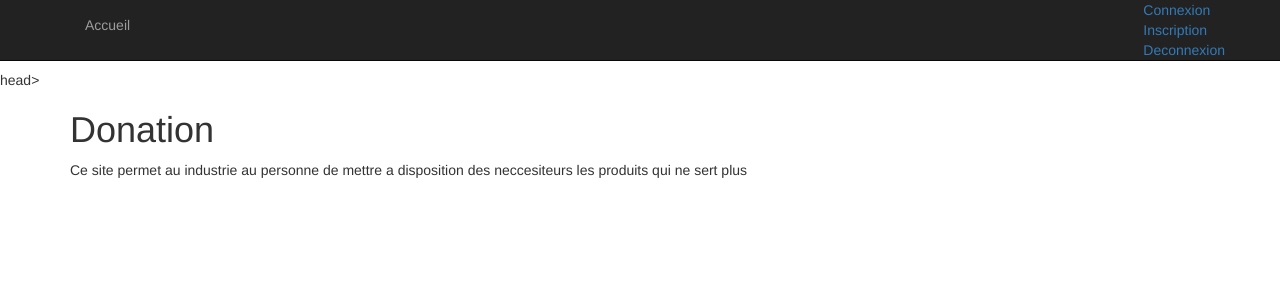
Repository: KAMGO/ProjetJEE2017
Page: http://localhost/donation/VUE/Accueil.jsp
These files come from the project's save history. The page is drawn as it stood at one moment and after the next save; the edit follows.
The browser window is 1280 px wide. The pictures show the whole page.
Some web fonts or font styles are not loaded; a fallback is used. The page is served by Tomcat 9. Other server files are loaded and not shown. The template is opened directly, without the code that normally fills it, so the values that code supplies are empty.

Above is the page before, as saved 2018-08-11 08:03:50.

### donation/WebContent/VUE/Accueil.jsp
<%@ page language="java" contentType="text/html; charset=ISO-8859-1"
    pageEncoding="ISO-8859-1"%>
<!DOCTYPE html PUBLIC "-//W3C//DTD HTML 4.01 Transitional//EN" "http://www.w3.org/TR/html4/loose.dtd">
<html>
head>
<meta http-equiv="X-UA-Compatible" content="IE=edge">
<meta name="viewport" content="width=device-width, initial-scale=1">
<link rel="stylesheet" href="${pageContext.request.contextPath}/css/bootstrap.css" type="text/css">
<title>Accueil</title>
</head>
<body>
<%@ include file="menu.jsp" %>
<div class="container">
	<h1>Donation</h1>
	<p>Ce site permet au industrie au personne de mettre a disposition des neccesiteurs les produits qui ne sert plus  </p>
</div>
<%@ include file="Footer.jsp" %>
</body>
</html>

### donation/WebContent/VUE/menu.jsp
<div class="navbar navbar-inverse navbar-fixed-top">
    <div class="container">
        <div class="navbar-collapse collapse">
            <ul class="nav navbar-nav">
            	<li><a href="/donation/Accueil">Accueil</a></li>
            	<c:if test="${!empty sessionScope.utilisateur}">
            		<!-- grâce à cet import, je récupère les listes pour afficher la navbar -->
				<c:import url="/affichercategories" />
				<c:set var="context" value="${pageContext.request.contextPath}" />
				<ul class="nav navbar-nav">
				<li><a href="${context}/VUE/index.jsp" class="fa fa-home fa-2x"></a></li>
				<c:forEach items="${listCategorie}" var="categorie">
					<li><a
						href="${context}/displaysubcategories?nomCategorie=${categorie.getTitre()}">${categorie.getTitre()}</a></li>
				</c:forEach>
				</ul>
                </c:if>
            </ul>
			<!-- si l'utilisateur est deja connecte cette partie est cachee-->
            <ul class="nav navbar-nav navbar-right">
            	<c:if test="${empty sessionScope.utilisateur}">
            	<li><a href="/donation/Connexion"><span class="glyphicon glyphicon-log-in"></span>Connexion</a></li>
               	<li><a href="/donation/Inscription"><span class="glyphicon glyphicon-user"></span>Inscription</a></li>
    	        </c:if>
    	        <c:if test="${!empty sessionScope.utilisateur}">
	           	<li><a href="/donation/Deconnexion"><span class="glyphicon glyphicon-log-out"></span>Deconnexion</a></li>
	           	</c:if>
            </ul>

        </div>
    </div>
</div>

### donation/WebContent/VUE/Footer.jsp
<footer id="footer">
	<p>&copy; 2018 martin et Diallo, Inc.</p>
</footer>

Loaded but not shown: donation/WebContent/VUE/css/bootstrap.css (library)

After the next save:
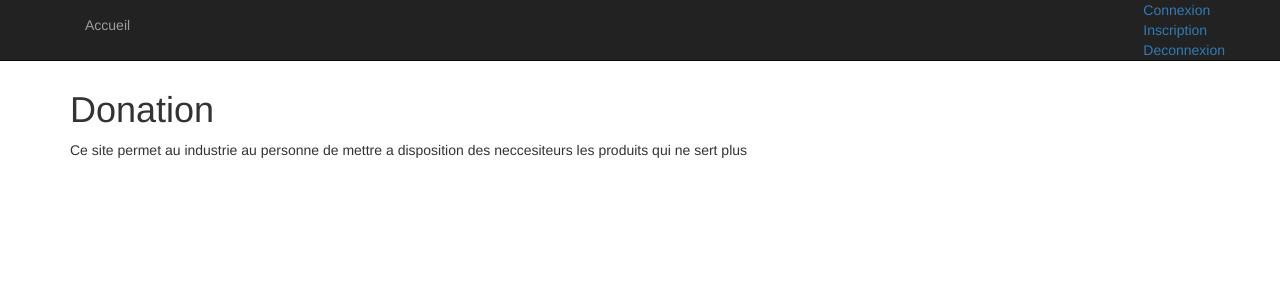
Saved 32 min 22 s later.
--- a/donation/WebContent/VUE/Accueil.jsp
+++ b/donation/WebContent/VUE/Accueil.jsp
@@ -2,7 +2,6 @@
     pageEncoding="ISO-8859-1"%>
 <!DOCTYPE html PUBLIC "-//W3C//DTD HTML 4.01 Transitional//EN" "http://www.w3.org/TR/html4/loose.dtd">
 <html>
-head>
 <meta http-equiv="X-UA-Compatible" content="IE=edge">
 <meta name="viewport" content="width=device-width, initial-scale=1">
 <link rel="stylesheet" href="${pageContext.request.contextPath}/css/bootstrap.css" type="text/css">
